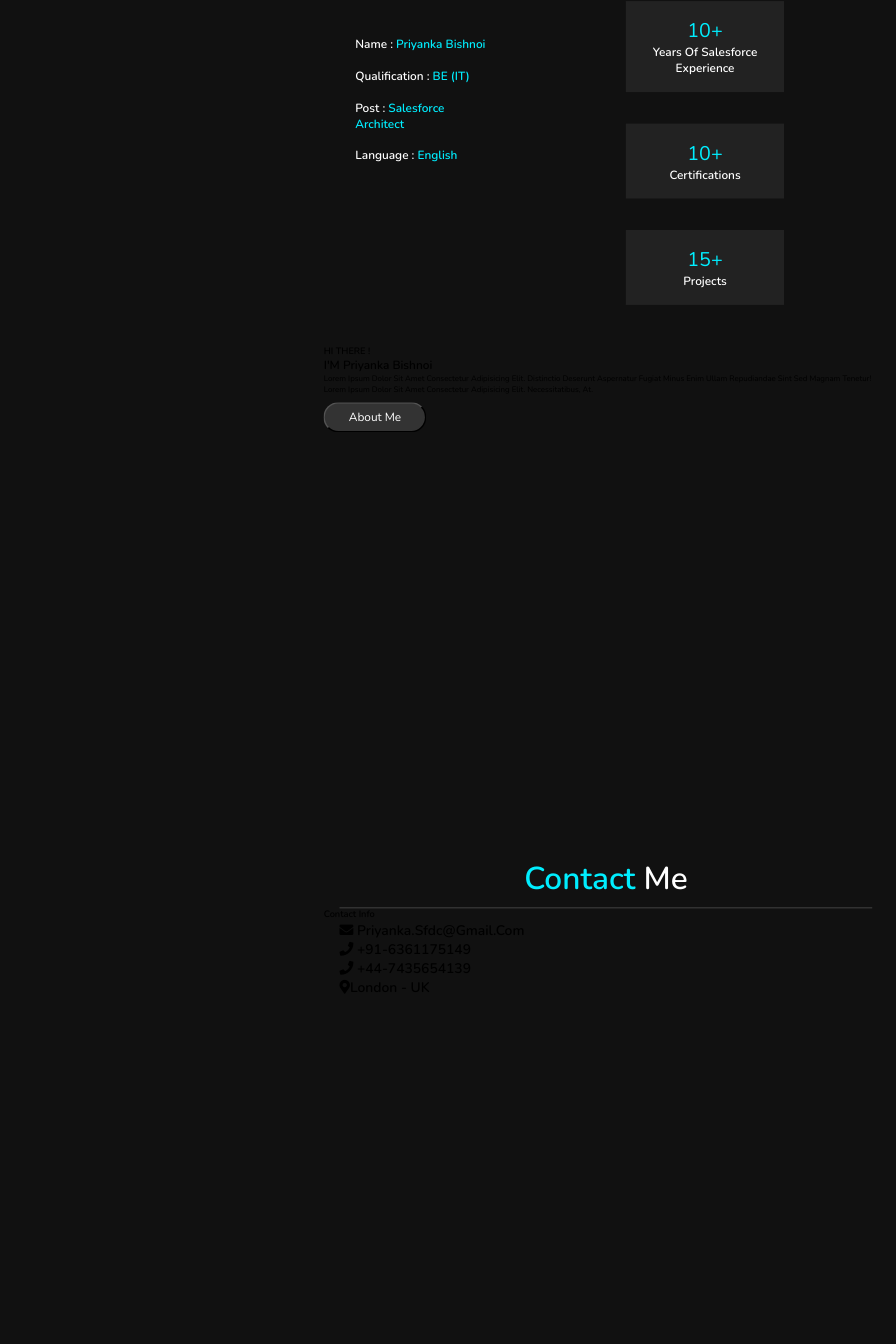
Repository: priyanka-bishnoi/PortfolioPage
Page: MyPage.html
The author's editor kept a copy of each file at every save. The page is drawn from the files as they stood at one save, then again after the next save.
The browser window is 1280 px wide. The pictures show the part of the page from y = 1002 to 2922 px (the page is 2922 px tall), at 70% of full size.

Above is the page before, as saved 2022-10-08 23:30:34.

After the next save:
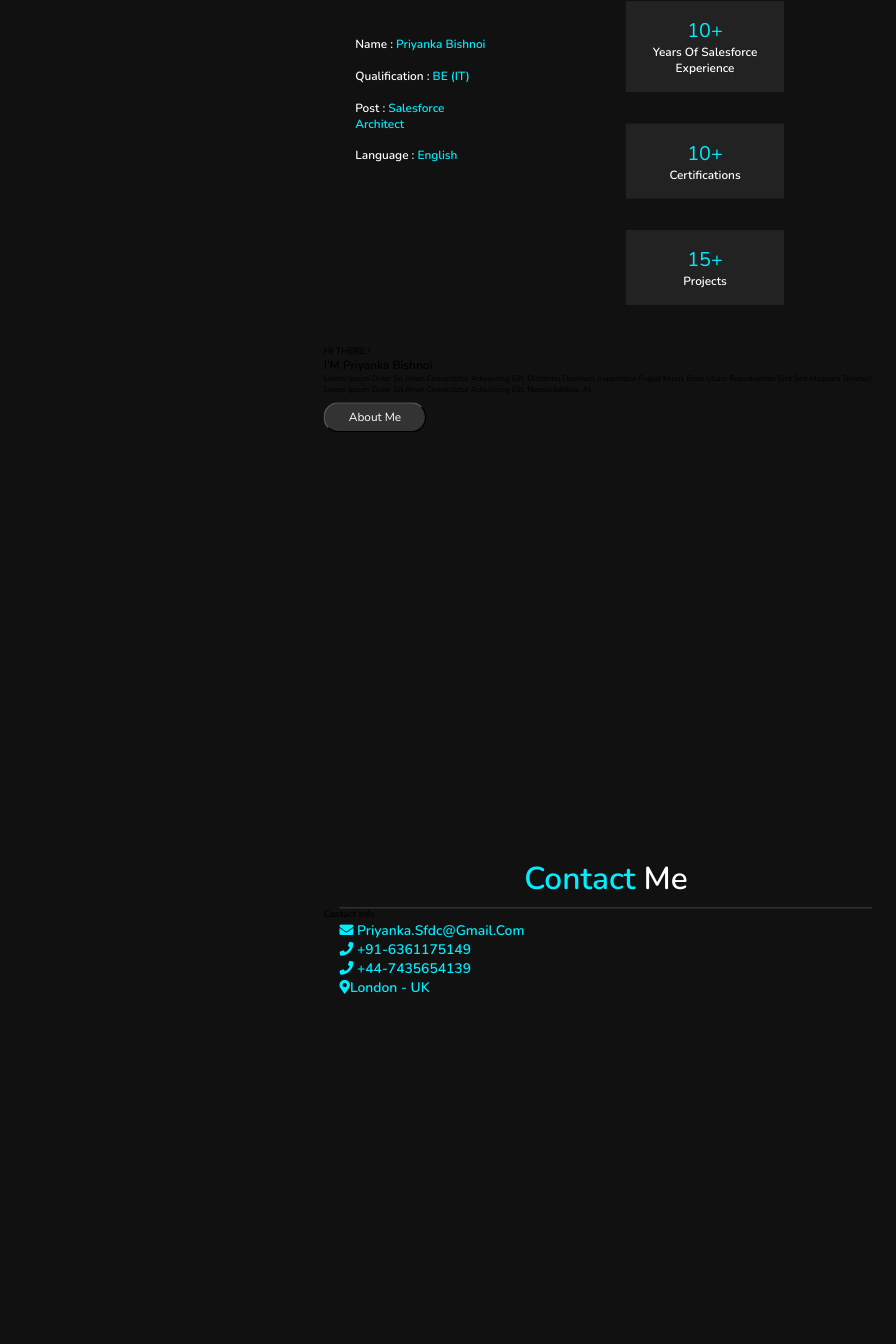
Saved 90 s later.
--- a/css/style.css
+++ b/css/style.css
@@ -203,6 +203,7 @@ header .navBar ul li a:hover{
     padding-right: 1rem;
     margin: 0 1rem;
     font-size: 1.5rem;
+    color:var(--orange);
 
 }
 .contact h3 span{
